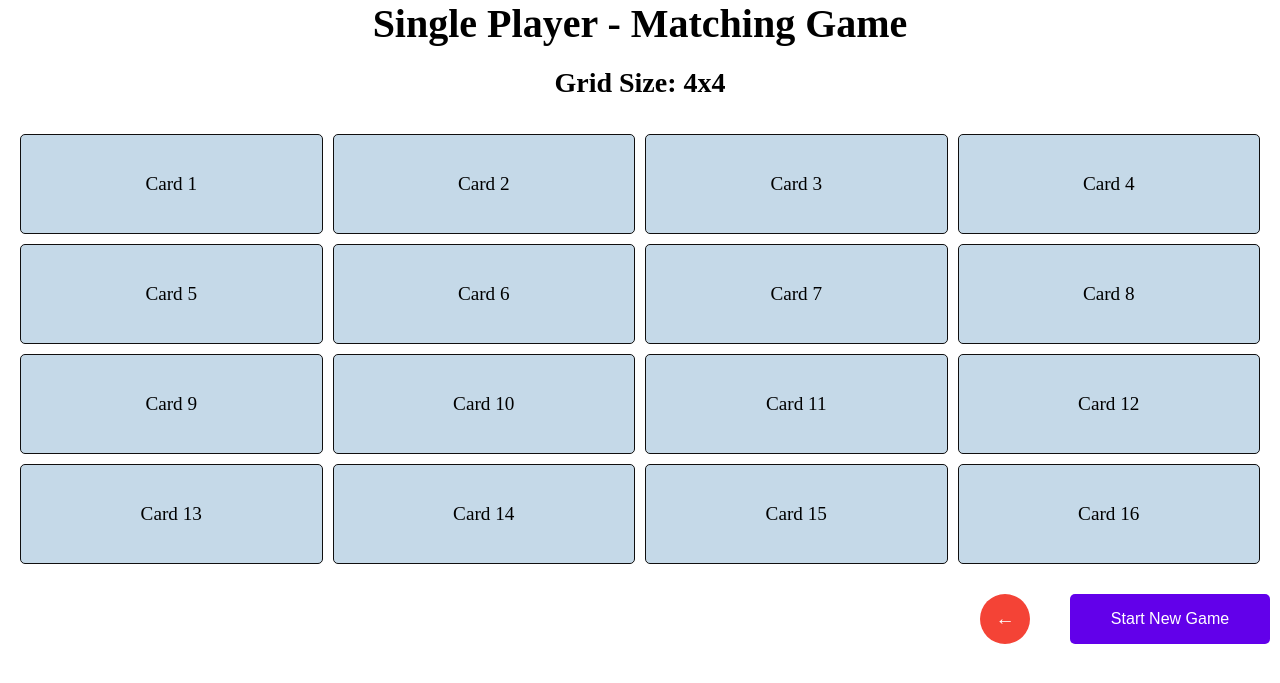
Repository: parnelltse/frontend2-courseproject
Page: /resumegame
These files come from the project's save history. The page is drawn as it stood at one moment and after the next save; the edit follows.
The browser window is 1280 px wide. The pictures show the whole page.
The project was rebuilt for these pictures with package versions that can differ from the ones it lists, and the page was loaded fresh each time. Also part of the build but not shown: vite.config.js, src/pages/landing.jsx, src/pages/home.jsx, src/pages/gameoptions.jsx, src/pages/appsettings.jsx, src/pages/profilesettings.jsx, src/pages/gamehistory.jsx, src/pages/singleplayer.jsx and 3 more.

Above is the page before, as saved 2024-11-16 02:01:32.

After the next save:
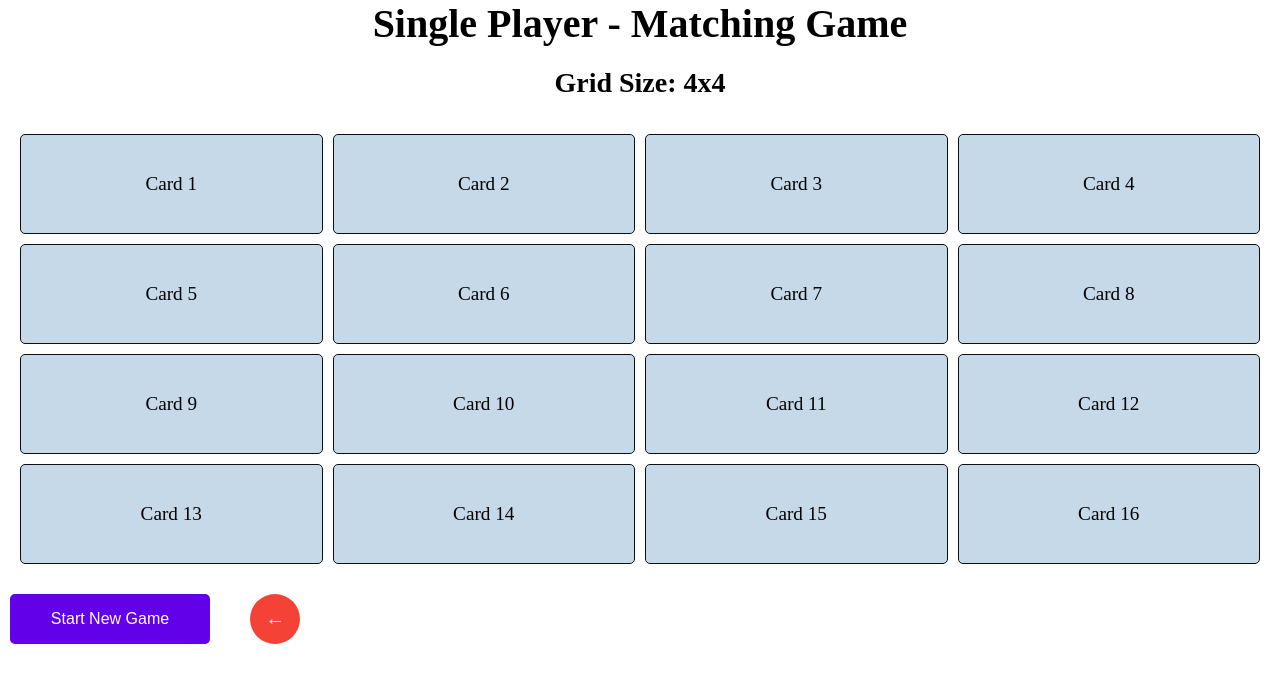
Saved 9 s later.
--- a/src/index.css
+++ b/src/index.css
@@ -323,7 +323,6 @@
 
 .game-controls {
   display: flex;
-  flex-direction: row-reverse;
+  flex-direction: row;
   gap: 20px;
-  align-items: flex-start;
-}
+}
